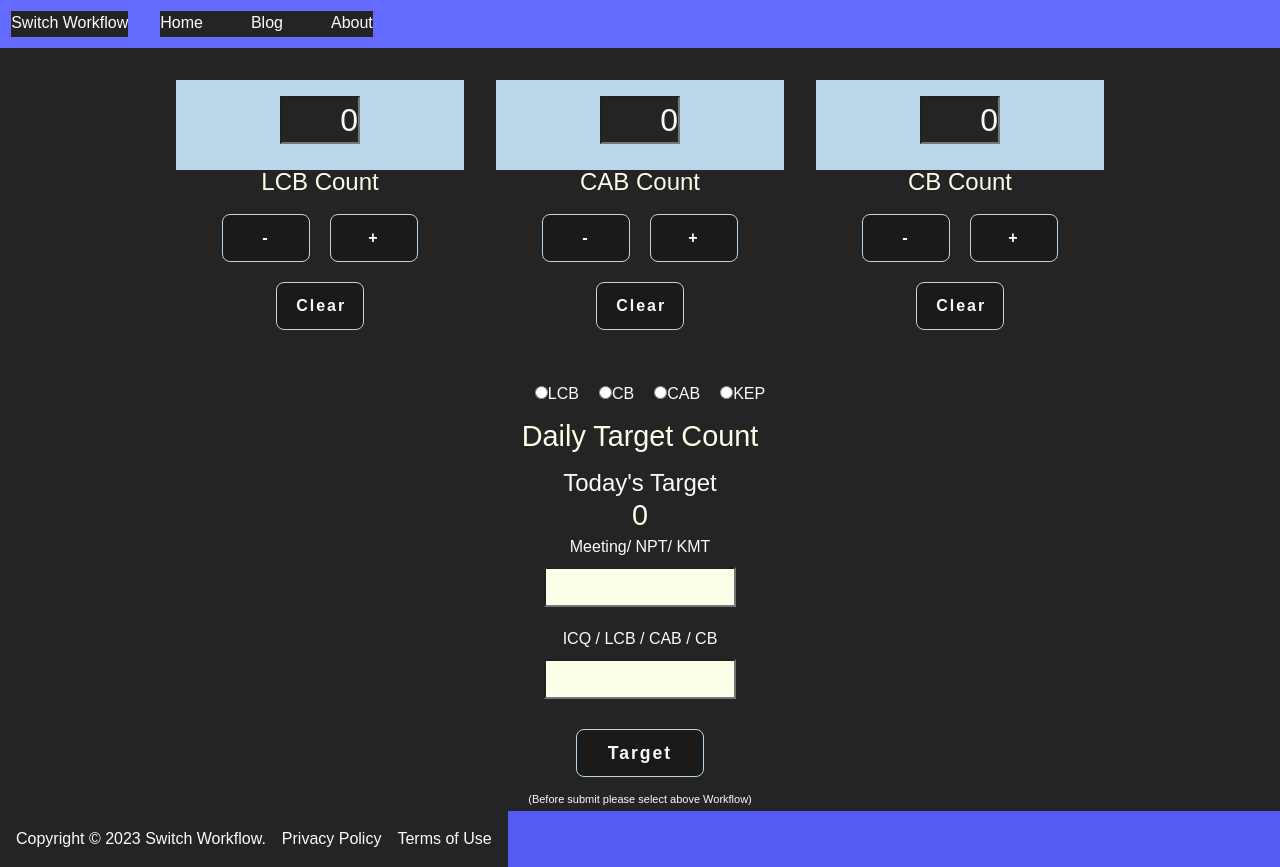
Repository: suraj-yadav7/SwitchWorkflow-Count-reactjs
Page: /
The author's editor kept a copy of each file at every save. The page is drawn from the files as they stood at one save, then again after the next save.
The browser window is 1280 px wide. The pictures show the whole page.
Some web fonts or font styles are not loaded; a fallback is used. The project was rebuilt for these pictures with package versions that can differ from the ones it lists, and the page was loaded fresh each time.

Above is the page before, as saved 2023-04-20 12:03:03.

After the next save:
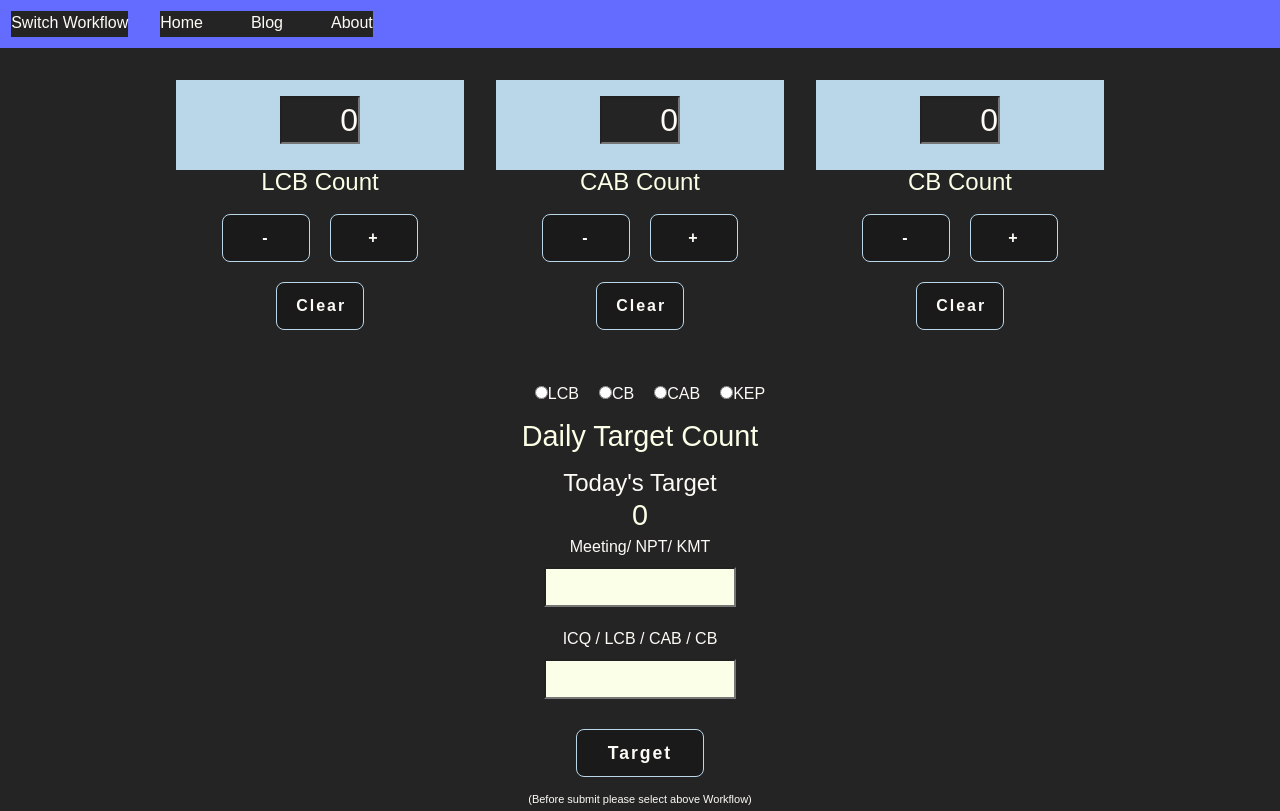
Saved 2 min 20 s later.
--- a/src/App.css
+++ b/src/App.css
@@ -151,7 +151,7 @@
   display: flex;
   background-color: #535bf2 !important;
   color: #fff !important;
-  text-decoration-color: #FCFFE7;
+  position: fixed;
 }
 
 footer >ul{

After the 2 saves that followed:
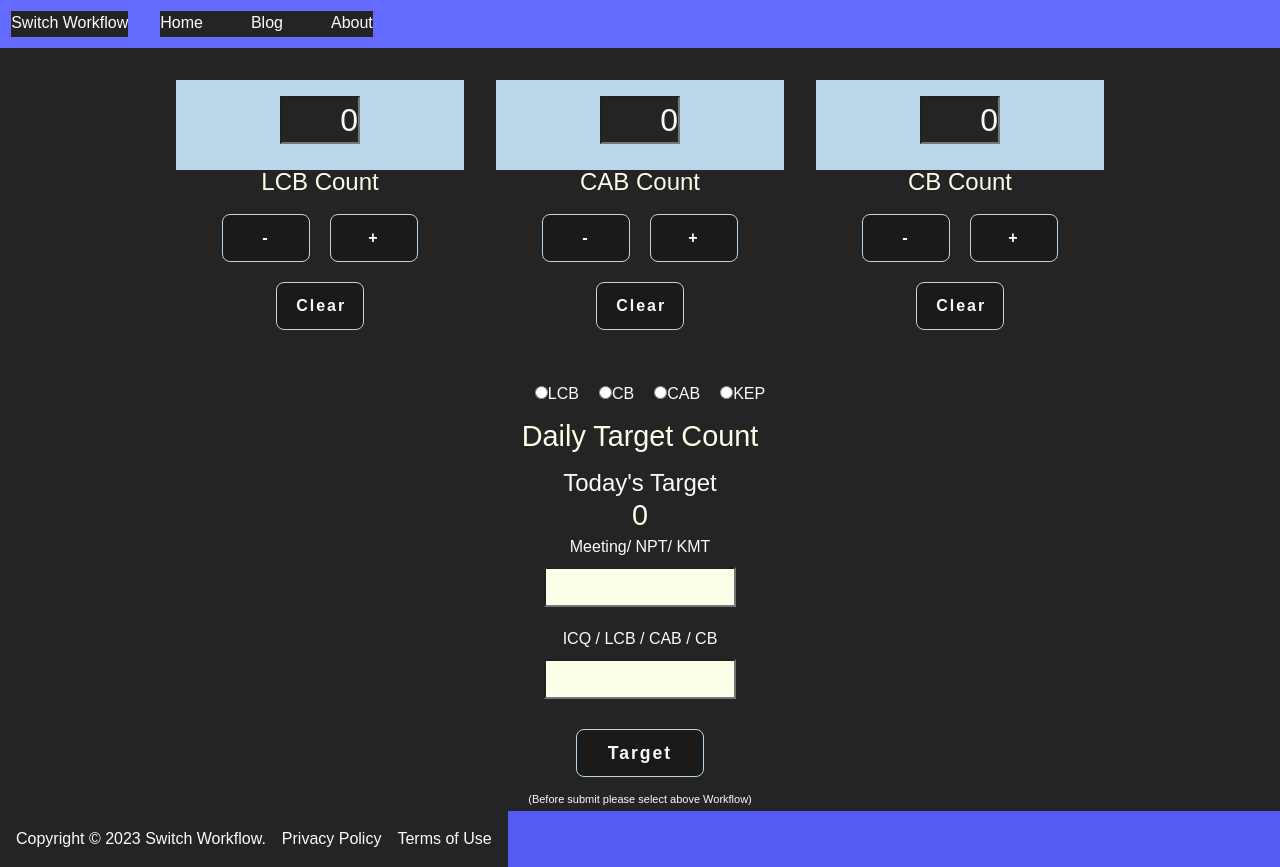
The 2 saves are shown as one change because 1 left the picture as it was.
The last was saved 24 s later.
--- a/src/App.css
+++ b/src/App.css
@@ -151,7 +151,7 @@
   display: flex;
   background-color: #535bf2 !important;
   color: #fff !important;
-  position: fixed;
+
 }
 
 footer >ul{
